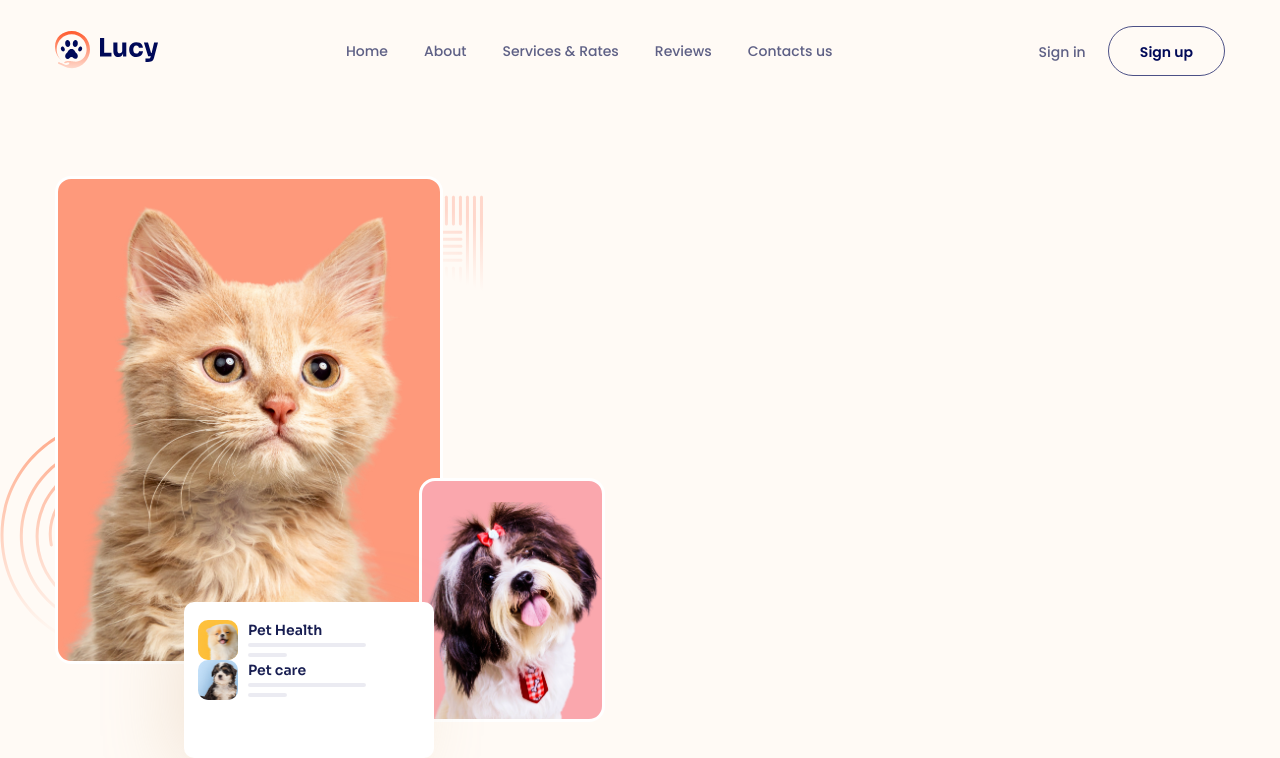
Repository: empty24062002/f8-project-05
Page: index.html
An editor plug-in stored every save of this project. The page is shown before and after the next save, followed by the edit.
The browser window is 1280 px wide. The pictures show the whole page.

Above is the page before, as saved 2023-09-09 18:05:58.

### index.html
<!DOCTYPE html>
<html lang="en">
    <head>
        <meta charset="UTF-8" />
        <meta name="viewport" content="width=device-width, initial-scale=1.0" />
        <title>Lucy</title>
        <!-- favicon -->
        <link
            rel="apple-touch-icon"
            sizes="57x57"
            href="./assets/favicon/apple-icon-57x57.png"
        />
        <link
            rel="apple-touch-icon"
            sizes="60x60"
            href="./assets/favicon/apple-icon-60x60.png"
        />
        <link
            rel="apple-touch-icon"
            sizes="72x72"
            href="./assets/favicon/apple-icon-72x72.png"
        />
        <link
            rel="apple-touch-icon"
            sizes="76x76"
            href="./assets/favicon/apple-icon-76x76.png"
        />
        <link
            rel="apple-touch-icon"
            sizes="114x114"
            href="./assets/favicon/apple-icon-114x114.png"
        />
        <link
            rel="apple-touch-icon"
            sizes="120x120"
            href="./assets/favicon/apple-icon-120x120.png"
        />
        <link
            rel="apple-touch-icon"
            sizes="144x144"
            href="./assets/favicon/apple-icon-144x144.png"
        />
        <link
            rel="apple-touch-icon"
            sizes="152x152"
            href="./assets/favicon/apple-icon-152x152.png"
        />
        <link
            rel="apple-touch-icon"
            sizes="180x180"
            href="./assets/favicon/apple-icon-180x180.png"
        />
        <link
            rel="icon"
            type="image/png"
            sizes="192x192"
            href="./assets/favicon/android-icon-192x192.png"
        />
        <link
            rel="icon"
            type="image/png"
            sizes="32x32"
            href="./assets/favicon/favicon-32x32.png"
        />
        <link
            rel="icon"
            type="image/png"
            sizes="96x96"
            href="./assets/favicon/favicon-96x96.png"
        />
        <link
            rel="icon"
            type="image/png"
            sizes="16x16"
            href="./assets/favicon/favicon-16x16.png"
        />
        <link rel="manifest" href="./assets/favicon/manifest.json" />
        <meta name="msapplication-TileColor" content="#ffffff" />
        <meta
            name="msapplication-TileImage"
            content="./assets/favicon/ms-icon-144x144.png"
        />
        <meta name="theme-color" content="#ffffff" />
        <!-- reset CSS -->
        <link rel="stylesheet" href="./assets/css/reset.css" />
        <!-- embed font -->
        <link rel="preconnect" href="https://fonts.googleapis.com" />
        <link rel="preconnect" href="https://fonts.gstatic.com" crossorigin />
        <link
            href="https://fonts.googleapis.com/css2?family=Poppins:wght@300;400;500;600&family=Sora:wght@600;700;800&display=swap"
            rel="stylesheet"
        />
        <!-- style css -->
        <link rel="stylesheet" href="./assets/css/styles.css" />
    </head>
    <body>
        <!-- header -->
        <header class="header">
            <div class="container">
                <div class="header__inner">
                    <!-- logo -->
                    <a href="#!">
                        <img
                            src="./assets/img/logo.svg"
                            alt="Lucy"
                            class="header__logo"
                        />
                    </a>
                    <!-- navbar -->
                    <nav class="navbar">
                        <ul class="navbar__list">
                            <li class="navbar__item">
                                <a href="#!" class="navbar__link"> Home </a>
                            </li>
                            <li class="navbar__item">
                                <a href="#!" class="navbar__link"> About </a>
                            </li>
                            <li class="navbar__item">
                                <a href="#!" class="navbar__link"
                                    >Services & Rates
                                </a>
                            </li>
                            <li class="navbar__item">
                                <a href="#!" class="navbar__link"> Reviews </a>
                            </li>
                            <li class="navbar__item">
                                <a href="#!" class="navbar__link">
                                    Contacts us
                                </a>
                            </li>
                        </ul>
                    </nav>
                    <!-- header action -->
                    <div class="header-action">
                        <a href="#!" class="header-action__link">Sign in</a>
                        <a href="#!" class="btn header-action__btn">Sign up</a>
                    </div>
                </div>
            </div>
        </header>
        <!-- hero -->
        <section class="hero">
            <div class="container">
                    <div class="hero__inner">
                        <!-- hero media -->
                        <div class="hero__media">
                            <div class="hero__img-wrap">
                                <img
                                    src="./assets/img/hero__img1.png"
                                    alt=""
                                    class="hero__img"
                                />

                                <!-- Decorators -->
                                <img
                                    src="./assets/img/decor__01.svg"
                                    alt=""
                                    class="hero__decor hero__decor-left"
                                />
                                <img
                                    src="./assets/img/decor__02.svg"
                                    alt=""
                                    class="hero__decor hero__decor-right"
                                />
                            </div>
                            <div class="hero__img-wrap hero__img-wrap-small">
                                <img
                                    src="./assets/img/hero__img2.png"
                                    alt=""
                                    class="hero__img"
                                />
                            </div>

                            <div class="hero__list">
                                <!-- hero list item 1 -->
                                <section class="hero-list-item">
                                    <img src="./assets/img/hero__img3.png" alt="" class="hero-list-item__thump">
                                    <div class="hero-list-item__info">
                                        <p class="hero-list-item__title">Pet Health</p>
                                        <div class="hero-list-item__skeleton"></div>
                                        <div class="hero-list-item__skeleton" style="--width:39px"></div>
                                    </div>
                                </section>

                                <di class="hero-list-item__separate"></di>
                                <!-- hero list item 2 -->
                                <section class="hero-list-item">
                                    <img src="./assets/img/hero__img4.png" alt="" class="hero-list-item__thump">
                                    <div class="hero-list-item__info">
                                        <p class="hero-list-item__title">Pet care</p>
                                        <div class="hero-list-item__skeleton"></div>
                                        <div class="hero-list-item__skeleton" style="--width:39px"></div>
                                    </div>
                                </section>
                            </div>
                        </div>
                        <!-- hero content -->
                        <section class="hero__content"></section>
                    </div>
                </div>
            </div>
        </section>
    </body>
</html>

### assets/css/styles.css
* {
    box-sizing: border-box;
}

html {
    font-size: 62.5%;
}

body {
    font-size: 1.6rem;
    font-family: "Poppins", sans-serif;
    background: #fffaf5;
}

/* common */

h1,
h2,
h3,
h4,
h5,
h6 {
    font-family: "Sora", sans-serif;
}

input,
textarea,
select,
button {
    font-size: inherit;
    font-family: inherit;
}

a {
    text-decoration: none;
}

.container {
    width: 1170px;
    max-width: calc(100% - 48px);
    margin: 0 auto;
}

.btn {
    --height: 56px;

    display: inline-block;
    min-width: 130px;
    height: var(--height);
    line-height: var(--height);
    border: 1px solid rgb(0, 9, 88, 0.7);
    border-radius: 99px;
    color: #000958;
    text-align: center;
    font-size: 1.4rem;
    font-weight: 600;
}

.btn:hover {
    opacity: 0.8;
}

/* header */
.header {
    padding: 26px 0;
}

.header__inner {
    display: flex;
    justify-content: space-between;
    align-items: center;
}

.navbar__list {
    display: flex;
}

.navbar__link,
.header-action__link {
    padding: 8px 18px;
    color: #5e6085;
    font-size: 1.4rem;
    font-weight: 500;
    line-height: 1; /* 100% */
}

.navbar__link:hover {
    color: #000958;
    text-shadow: 1px 0 0 currentColor;
}

.header-action__btn {
    --height: 50px;

    min-width: 117px;
}

/* hero */
.hero {
    margin-top: 74px;
}

.hero__inner {
    display: flex;
    justify-content: space-between;
    align-items: center;
}

.hero__media {
    display: flex;
    position: relative;
    padding-bottom: 94px;
}

.hero__img-wrap {
    position: relative;
    display: flex;
    justify-content: center;
    align-items: flex-end;
    width: 388px;
    height: 488px;
    border: 3px solid #fff;
    border-radius: 16px;
    background: #fe997b;
}

.hero__img {
    max-width: 100%;
    max-height: 100%;
    border-radius: inherit;
}

.hero__decor {
    position: absolute;
    z-index: -1;
}

.hero__decor-left {
    left: -58px;
    bottom: 10px;
}

.hero__decor-right {
    top: 16px;
    right: -43px;
}

.hero__img-wrap-small {
    align-self: flex-end;
    width: 186px;
    height: 244px;
    margin: 0 0 -58px -24px;
    border: 2px solod #f7dddf;
    background: #faa7ad;
}

.hero__list {
    position: absolute;
    left: 129px;
    bottom: 0;
    width: 250px;
    height: 156px;
    padding: 18px 14px;
    border-radius: 10px;
    background: #fff;
    box-shadow: -17px 14px 68px -4px rgba(207, 174, 132, 0.25);
}

.hero-list-item {
    display: flex;
    align-items: center;
}

.hero-list-item:nth-of-type(2) .hero-list-item__thump {
    background-color: #c6e2fa;
}

.hero-list-item__thump {
    width: 40px;
    height: 40px;
    border-radius: 10px;
    object-fit: cover;
    background: #fec23f;
}

.hero-list-item__info {
    margin-left: 10px;
}

.hero-list-item__title {
    color: #181e52;
    font-family: "Sora", sans-serif;
    font-size: 1.4rem;
    font-weight: 600;
    line-height: 1;
}

.hero-list-item__separate {
    margin: 20px 0;
    width: 100%;
    height: 2px;
    background: #f2f2f2;
}

.hero-list-item__skeleton {
    margin-top: 6px;
    width: var(--width, 118px);
    height: 4px;
    border-radius: 10px;
    opacity: 0.08;
    background: #000958;
}

Loaded but not shown: assets/css/reset.css (common file)

After the next save:
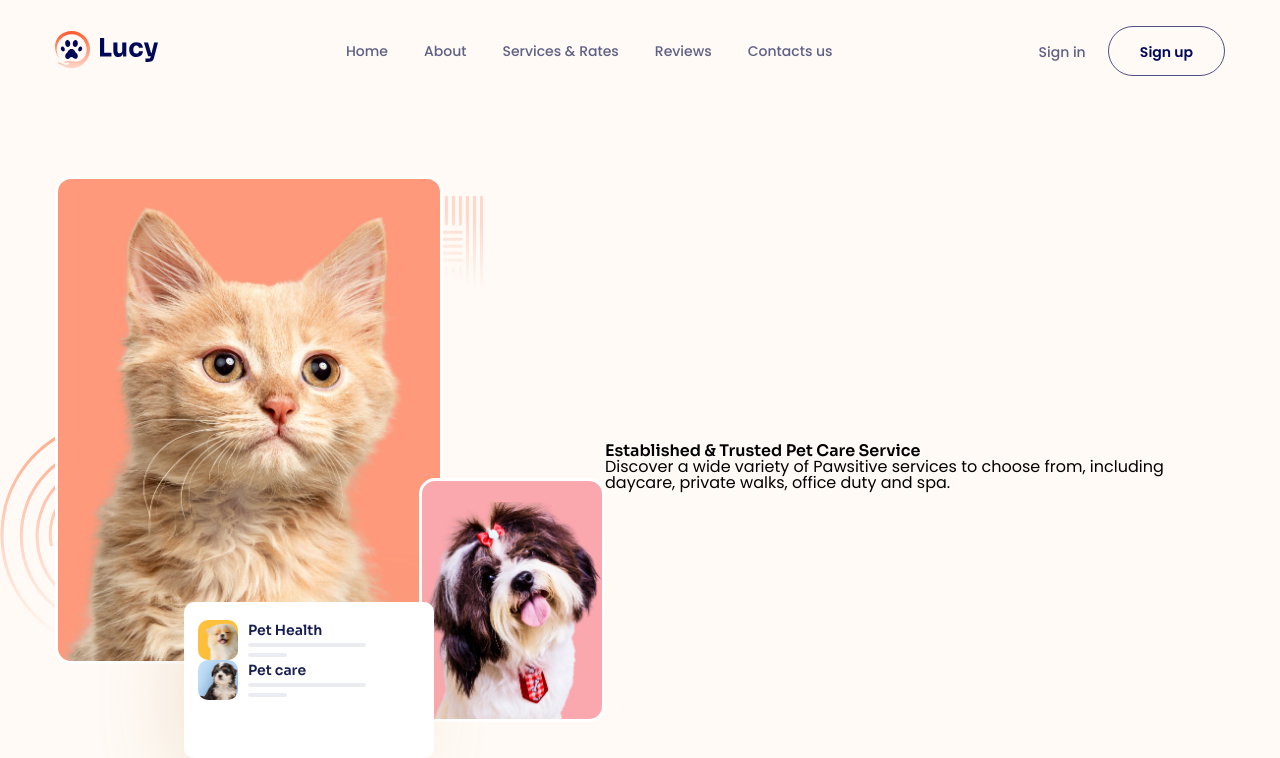
Saved 67 s later.
--- a/index.html
+++ b/index.html
@@ -195,7 +195,12 @@
                             </div>
                         </div>
                         <!-- hero content -->
-                        <section class="hero__content"></section>
+                        <section class="hero__content">
+                            <h1 class="hero__heading">Established &
+                                Trusted Pet
+                                Care Service</h1>
+                                <p class="hero__desc">Discover a wide variety of Pawsitive services to choose from, including daycare, private walks, office duty and spa.</p>
+                        </section>
                     </div>
                 </div>
             </div>
